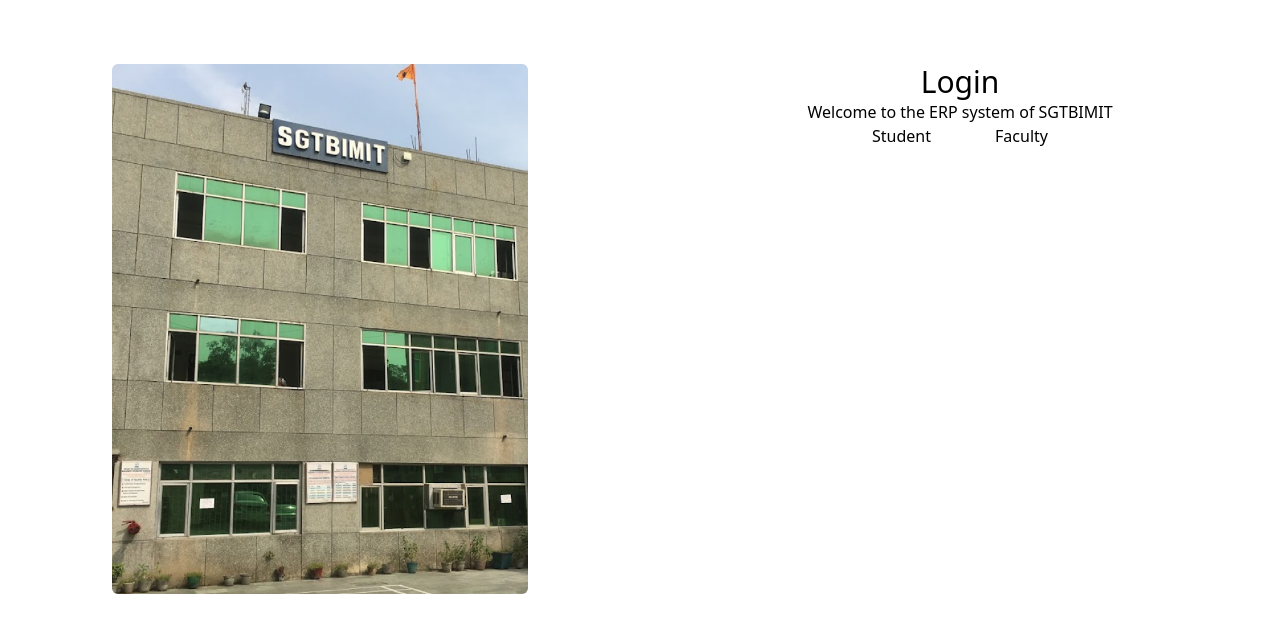
Repository: SehajBindra/SGTBIMIT-ERP-Client
Page: /StudentLogin
These files come from the project's save history. The page is drawn as it stood at one moment and after the next save; the edit follows.
The browser window is 1280 px wide. The pictures show the whole page.
The project was rebuilt for these pictures with package versions that can differ from the ones it lists, and the page was loaded fresh each time. Also part of the build but not shown: src/LOGIN/Login.js, src/LOGIN/FACULTY/FacultyLogin.js, src/STUDENT_PAGE/StuBody.js, src/STUDENT_PAGE/StuSidebar.js, src/STUDENT_PAGE/StuHeader.js, src/STUDENT_PAGE/StudentHome.js, src/FACULTY_PAGE/FacBody.js, src/FACULTY_PAGE/FacHeader.js and 2 more.

Above is the page before, as saved 2023-05-14 15:38:16.

### src/App.js
import React from 'react';
import { BrowserRouter as Router, Routes, Route } from "react-router-dom";
import './App.css';
import Login from './LOGIN/Login';
import StudentLogin from './LOGIN/STUDENT/StudentLogin';
import FacultyLogin from './LOGIN/FACULTY/FacultyLogin';
import StuBody from './STUDENT_PAGE/StuBody';
import StudentHome from './STUDENT_PAGE/StudentHome';
import StuSidebar from './STUDENT_PAGE/StuSidebar';
import StuHeader from './STUDENT_PAGE/StuHeader';
import FacBody from './FACULTY_PAGE/FacBody';
import FacHeader from './FACULTY_PAGE/FacHeader';
import FacSidebar from './FACULTY_PAGE/FacSidebar';
import FacultyHome from './FACULTY_PAGE/FacultyHome';
function App() {
  return (
    <div className="App">
      <Router>
        <Routes>
        <Route exact path="/" element={<Login />}></Route>
        <Route exact path="StudentLogin" element={<StudentLogin/>}></Route>
        <Route exact path="FacultyLogin" element={<FacultyLogin/>}></Route>
        <Route exact path="StuBody" element={<StuBody/>}></Route>
        <Route exact path="StuSidebar" element={<StuSidebar/>}></Route>
        <Route exact path="StuHeader" element={<StuHeader/>}></Route>
        <Route exact path="StudentHome" element={<StudentHome/>}></Route>
        <Route exact path="FacBody" element={<FacBody/>}></Route>
        <Route exact path="FacHeader" element={<FacHeader/>}></Route>
        <Route exact path="FacSidebar" element={<FacSidebar/>}></Route>
        <Route exact path="FacultyHome" element={<FacultyHome/>}></Route>
        </Routes>
      </Router>
    </div>
  );
}

export default App;

### src/LOGIN/STUDENT/StudentLogin.js
import React, { useEffect, useState } from "react";
import VisibilityIcon from "@mui/icons-material/Visibility";
import VisibilityOffIcon from "@mui/icons-material/VisibilityOff";

const StudentLogin = () => {
  const [translate, setTranslate] = useState(false);
  const [username, setUsername] = useState("");
  const [password, setPassword] = useState("");
  const [showPassword, setShowPassword] = useState(false);
  const [loading] = useState(false);

  useEffect(() => {
    setTimeout(() => {
      setTranslate(true);
    }, 1000);
  }, []);

  return (
    <div className=" grid grid-cols-4 h-[530px] my-16 mx-auto max-w-7xl ">
      <div className=" col-span-2">
        <img
          className="hidden md:inline h-[530px] object-cover rounded-md"
          src="/sgtb.jpg"
          alt="banner_image"
        />
      </div>

      <div className="bg-white  col-span-2">
        <h2 className="text-3xl">Login</h2>
        <p>Welcome to the ERP system of SGTBIMIT</p>

        <div className="flex flex-row justify-center  space-x-16 capitalize text-[16px] rounded-lg">
          <p>student</p>
          <p>faculty</p>
        </div>
      </div>
    </div>
  );
};

export default StudentLogin;

### src/LOGIN/Login.css
*{
    margin: 0;
    padding: 0;
}
.display{
    min-height: 100vh;
    width: 100%;
    background-image: url("back.jpg");
    background-repeat: no-repeat;
    background-size: cover;
    background-position: center;
    position: relative;

}

### tailwind.config.js
/** @type {import('tailwindcss').Config} */
module.exports = {
  content: [
      "./src/**/*.{js,jsx,ts,tsx}",

  ],
  theme: {
    extend: {},
  },
  plugins: [],
}

Loaded but not shown: public/index.html (common file); src/index.js (common file); src/index.css (common file); src/App.css (common file)

After the next save:
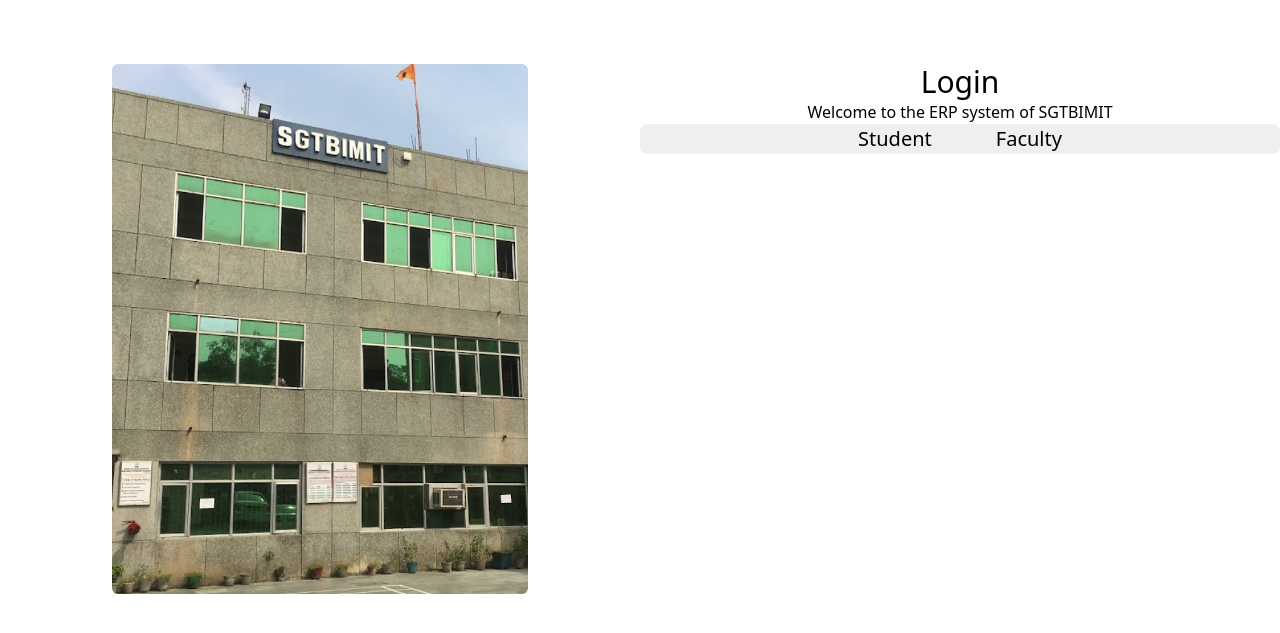
Saved 118 s later.
--- a/src/LOGIN/STUDENT/StudentLogin.js
+++ b/src/LOGIN/STUDENT/StudentLogin.js
@@ -29,7 +29,7 @@
         <h2 className="text-3xl">Login</h2>
         <p>Welcome to the ERP system of SGTBIMIT</p>
 
-        <div className="flex flex-row justify-center  space-x-16 capitalize text-[16px] rounded-lg">
+        <div className="flex flex-row justify-center bg-[#EEEE]  space-x-16 capitalize text-[20px] rounded-lg">
           <p>student</p>
           <p>faculty</p>
         </div>
